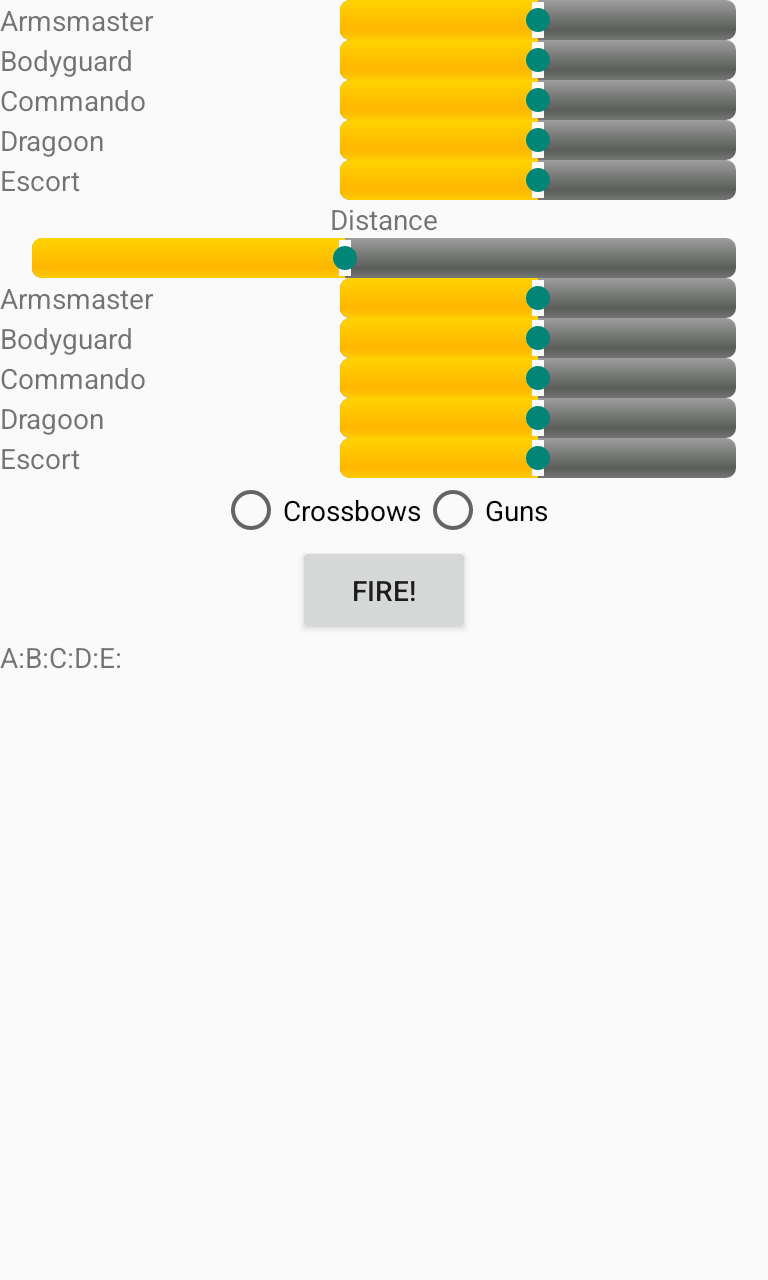
Repository: bryanpope/TARR
Layout: workspace/helloworld/res/layout/activity_hello_world.xml
An editor plug-in stored every save of this project. The layout is shown before and after the next save, followed by the edit.
It is drawn on a 768 x 1280 px phone screen (xhdpi) without system bars, with theme AppTheme; the app's code is not run.

Above is the layout before, as saved 2014-06-01 23:49:56.

### workspace/helloworld/res/layout/activity_hello_world.xml
<LinearLayout xmlns:android="http://schemas.android.com/apk/res/android"
    android:layout_width="fill_parent"
    android:layout_height="wrap_content"
    android:orientation="vertical" >

	<LinearLayout
	    android:layout_width="fill_parent"
	    android:layout_height="wrap_content"
	    android:orientation="horizontal" >

	    <TextView
	        android:id="@+id/textAttackArmsmaster"
	        android:layout_width="0dp"
	        android:layout_height="wrap_content"
	        android:layout_gravity="center_vertical"
	        android:layout_weight="0.90"
	        android:text="@string/armsmaster" />

	    <SeekBar
	        android:id="@+id/seekBarAttackArmsmaster"
	        style="@android:style/Widget.ProgressBar.Horizontal"
	        android:layout_width="230dp"
	        android:layout_height="wrap_content"
	        android:max="50"
	        android:progress="25"
	        android:secondaryProgress="0" />
    </LinearLayout>
	<LinearLayout
              android:layout_width="fill_parent"
              android:layout_height="wrap_content"
              android:orientation="horizontal" >

    	<TextView android:id="@+id/textAttackBodyguard"
              android:layout_width="0dp"
              android:layout_height="wrap_content"
		      android:layout_gravity="center_vertical"
		      android:layout_weight="0.90"
              android:text="@string/bodyguard" />

    	<SeekBar
    	    android:id="@+id/seekBarAttackBodyguard"
    	    style="@android:style/Widget.ProgressBar.Horizontal"
    	    android:layout_width="230dp"
    	    android:layout_height="wrap_content"
    	    android:max="50"
    	    android:progress="25"
    	    android:secondaryProgress="0" />

    </LinearLayout>
	<LinearLayout
              android:layout_width="fill_parent"
              android:layout_height="wrap_content"
              android:orientation="horizontal" >

    <TextView android:id="@+id/textAttackCommando"
              android:layout_width="0dp"
              android:layout_height="wrap_content"
		      android:layout_gravity="center_vertical"
		      android:layout_weight="0.90"
              android:text="@string/commando" />
	    <SeekBar
	        android:id="@+id/seekBarAttackCommando"
	        style="@android:style/Widget.ProgressBar.Horizontal"
	        android:layout_width="230dp"
	        android:layout_height="wrap_content"
	        android:max="50"
	        android:progress="25"
	        android:secondaryProgress="0" />
    </LinearLayout>
	<LinearLayout
              android:layout_width="fill_parent"
              android:layout_height="wrap_content"
              android:orientation="horizontal" >

    <TextView android:id="@+id/textAttackDragoon"
              android:layout_width="0dp"
              android:layout_height="wrap_content"
		      android:layout_gravity="center_vertical"
		      android:layout_weight="0.90"
              android:text="@string/dragoon" />
	    <SeekBar
	        android:id="@+id/seekBarAttackDragoon"
	        style="@android:style/Widget.ProgressBar.Horizontal"
	        android:layout_width="230dp"
	        android:layout_height="wrap_content"
	        android:max="50"
	        android:progress="25"
	        android:secondaryProgress="0" />
    </LinearLayout>

	<LinearLayout
	    android:layout_width="fill_parent"
	    android:layout_height="wrap_content"
	    android:orientation="horizontal" >

	    <TextView
	        android:id="@+id/textAttackEscort"
	        android:layout_width="0dp"
	        android:layout_height="wrap_content"
		      android:layout_gravity="center_vertical"
	        android:layout_weight="0.90"
	        android:text="@string/escort" />

	    <SeekBar
	        android:id="@+id/seekBarAttackEscort"
	        style="@android:style/Widget.ProgressBar.Horizontal"
	        android:layout_width="230dp"
	        android:layout_height="wrap_content"
	        android:max="50"
	        android:progress="25"
	        android:secondaryProgress="0" />
	</LinearLayout>

	    <TextView
	        android:id="@+id/textDistance"
	        android:layout_width="wrap_content"
	        android:layout_height="wrap_content"
	        android:layout_gravity="center_horizontal"
	        android:text="@string/distance" />
	    <SeekBar
	        android:id="@+id/seekBarDistance"
	        style="@android:style/Widget.ProgressBar.Horizontal"
	        android:layout_width="fill_parent"
	        android:layout_height="wrap_content"
	        android:max="9"
	        android:progress="4"
	        android:secondaryProgress="0" />

	<LinearLayout
	    android:layout_width="fill_parent"
	    android:layout_height="wrap_content"
	    android:orientation="horizontal" >

	    <TextView android:id="@+id/textDefenceArmsmaster"
              android:layout_width="0dp"
              android:layout_height="wrap_content"
		      android:layout_gravity="center_vertical"
		      android:layout_weight="0.90"
              android:text="@string/armsmaster" />
	    <SeekBar
	        android:id="@+id/seekBarDefenceArmsmaster"
	        style="@android:style/Widget.ProgressBar.Horizontal"
	        android:layout_width="230dp"
	        android:layout_height="wrap_content"
	        android:max="50"
	        android:progress="25"
	        android:secondaryProgress="0" />
    </LinearLayout>
	<LinearLayout
              android:layout_width="fill_parent"
              android:layout_height="wrap_content"
              android:orientation="horizontal" >

    	<TextView android:id="@+id/textDefenceBodyguard"
              android:layout_width="0dp"
              android:layout_height="wrap_content"
		      android:layout_gravity="center_vertical"
		      android:layout_weight="0.90"
              android:text="@string/bodyguard" />

    	<SeekBar
    	    android:id="@+id/seekBarDefencekBodyguard"
    	    style="@android:style/Widget.ProgressBar.Horizontal"
    	    android:layout_width="230dp"
    	    android:layout_height="wrap_content"
    	    android:max="50"
    	    android:progress="25"
    	    android:secondaryProgress="0" />

    </LinearLayout>
	<LinearLayout
              android:layout_width="fill_parent"
              android:layout_height="wrap_content"
              android:orientation="horizontal" >

    <TextView android:id="@+id/textDefenceCommando"
              android:layout_width="0dp"
              android:layout_height="wrap_content"
		      android:layout_gravity="center_vertical"
		      android:layout_weight="0.90"
              android:text="@string/commando" />
	    <SeekBar
	        android:id="@+id/seekBarDefenceCommando"
	        style="@android:style/Widget.ProgressBar.Horizontal"
	        android:layout_width="230dp"
	        android:layout_height="wrap_content"
	        android:max="50"
	        android:progress="25"
	        android:secondaryProgress="0" />
    </LinearLayout>
	<LinearLayout
              android:layout_width="fill_parent"
              android:layout_height="wrap_content"
              android:orientation="horizontal" >

    <TextView android:id="@+id/textDefenceDragoon"
              android:layout_width="0dp"
              android:layout_height="wrap_content"
		      android:layout_gravity="center_vertical"
		      android:layout_weight="0.90"
              android:text="@string/dragoon" />
	    <SeekBar
	        android:id="@+id/seekBarDefenceDragoon"
	        style="@android:style/Widget.ProgressBar.Horizontal"
	        android:layout_width="230dp"
	        android:layout_height="wrap_content"
	        android:max="50"
	        android:progress="25"
	        android:secondaryProgress="0" />
    </LinearLayout>

	<LinearLayout
	    android:layout_width="fill_parent"
	    android:layout_height="wrap_content"
	    android:orientation="horizontal" >

	    <TextView
	        android:id="@+id/textDefenceEscort"
	        android:layout_width="0dp"
	        android:layout_height="wrap_content"
	      	android:layout_gravity="center_vertical"
	        android:layout_weight="0.90"
	        android:text="@string/escort" />

	    <SeekBar
	        android:id="@+id/seekBarDefenceEscort"
	        style="@android:style/Widget.ProgressBar.Horizontal"
	        android:layout_width="230dp"
	        android:layout_height="wrap_content"
	        android:max="50"
	        android:progress="25"
	        android:secondaryProgress="0" />
	</LinearLayout>

	<RadioGroup
	    android:layout_width="wrap_content"
	    android:layout_height="wrap_content"
	    android:layout_gravity="center_horizontal"
	    android:orientation="horizontal" >
	    <RadioButton
	        android:id="@+id/radioCrossbows"
	        android:layout_width="wrap_content"
	        android:layout_height="wrap_content"
	        android:text="@string/crossbows" />
	    <RadioButton
	        android:id="@+id/radioGuns"
	        android:layout_width="wrap_content"
	        android:layout_height="wrap_content"
	        android:text="@string/guns" />
	</RadioGroup>

    <Button
        android:id="@+id/buttonFire"
        android:layout_width="wrap_content"
        android:layout_height="wrap_content"
	    android:layout_gravity="center_horizontal"
        android:text="@string/fire" />

	<LinearLayout
	    android:layout_width="fill_parent"
	    android:layout_height="wrap_content"
	    android:orientation="horizontal"
	    android:layout_gravity="center_horizontal" >
	    <TextView
	        android:id="@+id/textNameAttackArmsmaster"
	        android:layout_width="wrap_content"
	        android:layout_height="wrap_content"
	      	android:layout_gravity="center_vertical"
	        android:text="@string/a" />
	    <TextView
	        android:id="@+id/textLossesAttackArmsmaster"
	        android:layout_width="wrap_content"
	        android:layout_height="wrap_content"
	      	android:layout_gravity="center_vertical"
	        android:text="" />

	    <TextView
	        android:id="@+id/textNameAttackBodyguard"
	        android:layout_width="wrap_content"
	        android:layout_height="wrap_content"
	      	android:layout_gravity="center_vertical"
	        android:text="@string/b" />
	    <TextView
	        android:id="@+id/textLossesAttackBodyguard"
	        android:layout_width="wrap_content"
	        android:layout_height="wrap_content"
	      	android:layout_gravity="center_vertical"
	        android:text="" />

	    <TextView
	        android:id="@+id/textNameAttackCommando"
	        android:layout_width="wrap_content"
	        android:layout_height="wrap_content"
	      	android:layout_gravity="center_vertical"
	        android:text="@string/c" />
	    <TextView
	        android:id="@+id/textLossesAttackCommando"
	        android:layout_width="wrap_content"
	        android:layout_height="wrap_content"
	      	android:layout_gravity="center_vertical"
	        android:text="" />

	    <TextView
	        android:id="@+id/textNameAttackDragoon"
	        android:layout_width="wrap_content"
	        android:layout_height="wrap_content"
	      	android:layout_gravity="center_vertical"
	        android:text="@string/d" />
	    <TextView
	        android:id="@+id/textLossesAttackDragoon"
	        android:layout_width="wrap_content"
	        android:layout_height="wrap_content"
	      	android:layout_gravity="center_vertical"
	        android:text="" />

	    <TextView
	        android:id="@+id/textNameAttackEscort"
	        android:layout_width="wrap_content"
	        android:layout_height="wrap_content"
	      	android:layout_gravity="center_vertical"
	        android:text="@string/e" />
	    <TextView
	        android:id="@+id/textLossesAttackEscort"
	        android:layout_width="wrap_content"
	        android:layout_height="wrap_content"
	      	android:layout_gravity="center_vertical"
	        android:text="" />
	</LinearLayout>

</LinearLayout>

### workspace/helloworld/res/values/strings.xml
<?xml version="1.0" encoding="utf-8"?>
<resources>

    <string name="app_name">Hello World</string>
    <string name="hello_world">Hello world!</string>
    <string name="action_settings">Settings</string>
    <string name="armsmaster">Armsmaster</string>
    <string name="bodyguard">Bodyguard</string>
    <string name="commando">Commando</string>
    <string name="dragoon">Dragoon</string>
    <string name="escort">Escort</string>
    <string name="distance">Distance</string>
    <string name="crossbows">Crossbows</string>
    <string name="guns">Guns</string>
    <string name="fire">FIRE!</string>
    <string name="a">A:</string>
    <string name="b">B:</string>
    <string name="c">C:</string>
    <string name="d">D:</string>
    <string name="e">E:</string>

</resources>

Loaded but not shown: workspace/helloworld/res/values/styles.xml (common file); workspace/helloworld/res/values-v11/styles.xml (common file); workspace/helloworld/res/values-v14/styles.xml (common file)

After the next save:
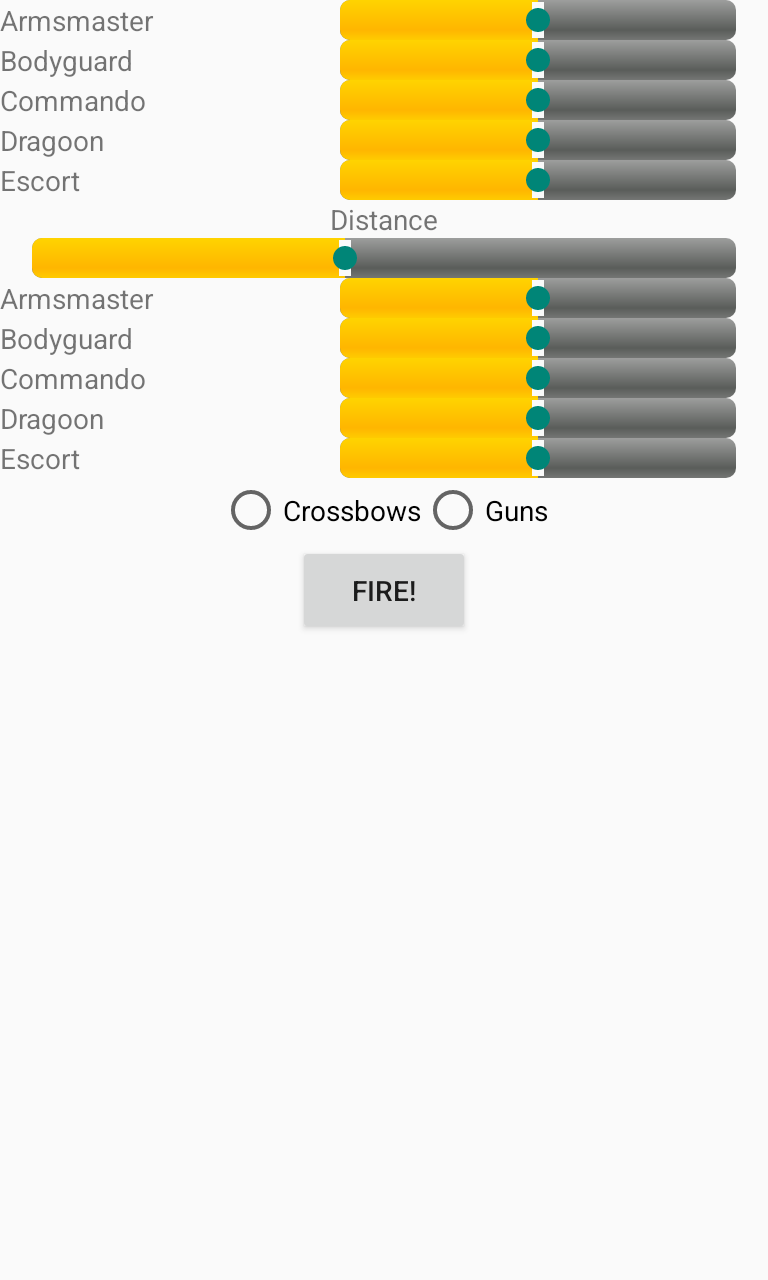
Saved 37 s later.
--- a/workspace/helloworld/res/layout/activity_hello_world.xml
+++ b/workspace/helloworld/res/layout/activity_hello_world.xml
@@ -257,7 +257,7 @@
         android:text="@string/fire" />
 
 	<LinearLayout
-	    android:layout_width="fill_parent"
+	    android:layout_width="wrap_parent"
 	    android:layout_height="wrap_content"
 	    android:orientation="horizontal"
 	    android:layout_gravity="center_horizontal" >
